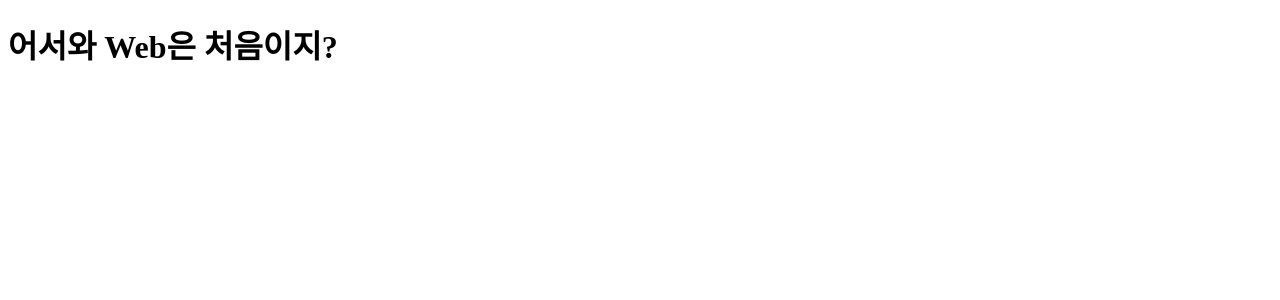
Repository: chuhj1226/servlet
Page: workspace/1_Servlet/WebContent/index.html
These files come from the project's save history. The page is drawn as it stood at one moment and after the next save; the edit follows.
The browser window is 1280 px wide. The pictures show the whole page.

Above is the page before, as saved 2021-10-04 08:15:52.

After the next save:
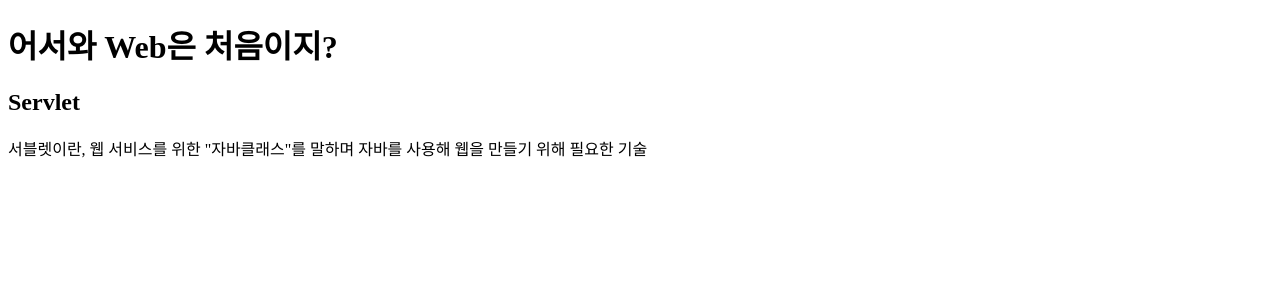
Saved 16 min 37 s later.
--- a/workspace/1_Servlet/WebContent/index.html
+++ b/workspace/1_Servlet/WebContent/index.html
@@ -28,6 +28,11 @@
 
 	 -->
 
+	<h2>Servlet</h2>
+	<p>
+		서블렛이란, 웹 서비스를 위한 "자바클래스"를 말하며 자바를 사용해 웹을 만들기 위해 필요한 기술<br>
+	</p>
 
 </body>
+
 </html>
